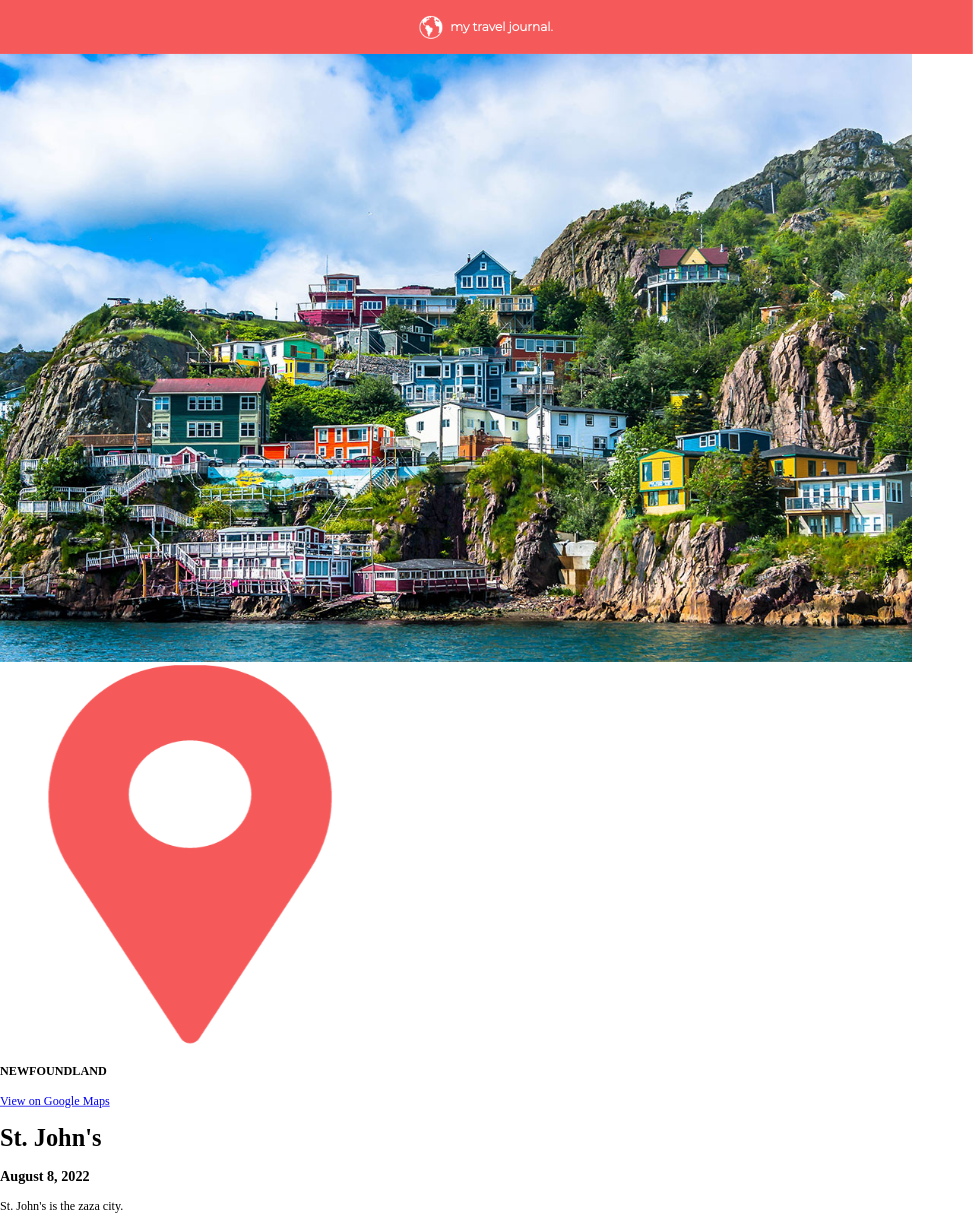
Repository: jsong552/my-city-checklist
Page: /
These files come from the project's save history. The page is drawn as it stood at one moment and after the next save; the edit follows.
The browser window is 1280 px wide. The pictures show the whole page, at 76% of full size.
The project was rebuilt for these pictures with package versions that can differ from the ones it lists, and the page was loaded fresh each time. Imported but missing from the stored project, and not drawn on this page: src/reportWebVitals.

Above is the page before, as saved 2023-12-29 18:48:04.

After the next save:
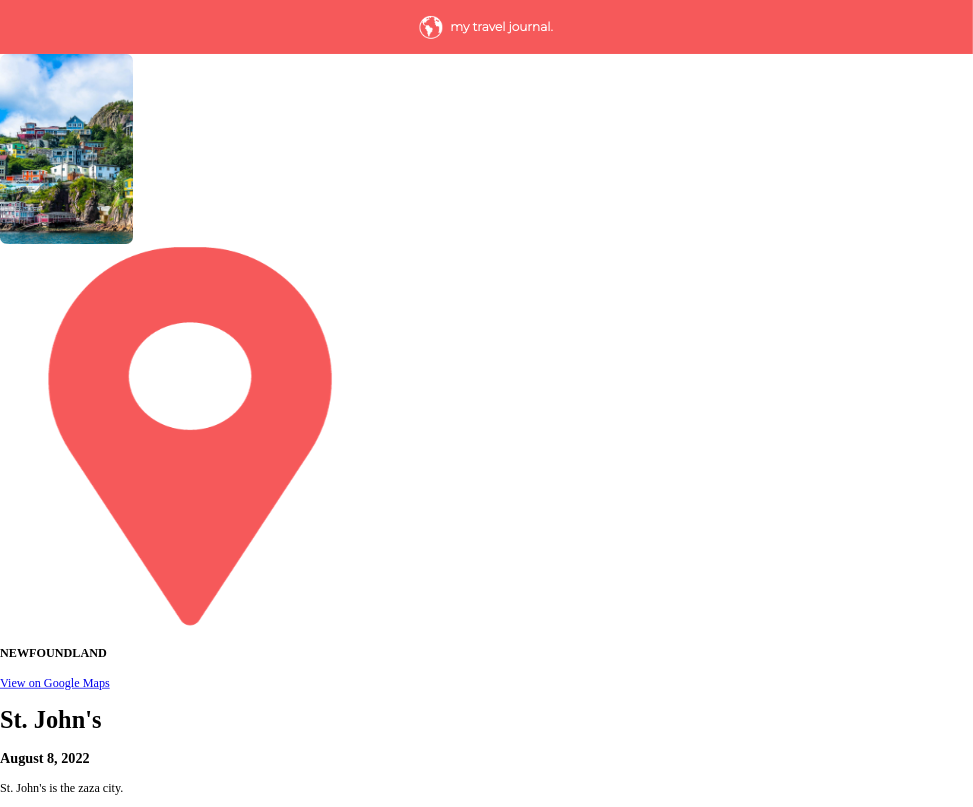
Saved 2 min 6 s later.
--- a/src/index.css
+++ b/src/index.css
@@ -20,3 +20,17 @@ body {
     font-family: Montserrat;
     font-weight: 600;
 }
+
+/* card styles */
+
+.cardContainer {
+    border: 1px solid black;
+}
+
+.imageOfLocation {
+    height: 250px;
+    width: 175px;
+    border-radius: 9px;;
+
+    object-fit: cover;
+}
